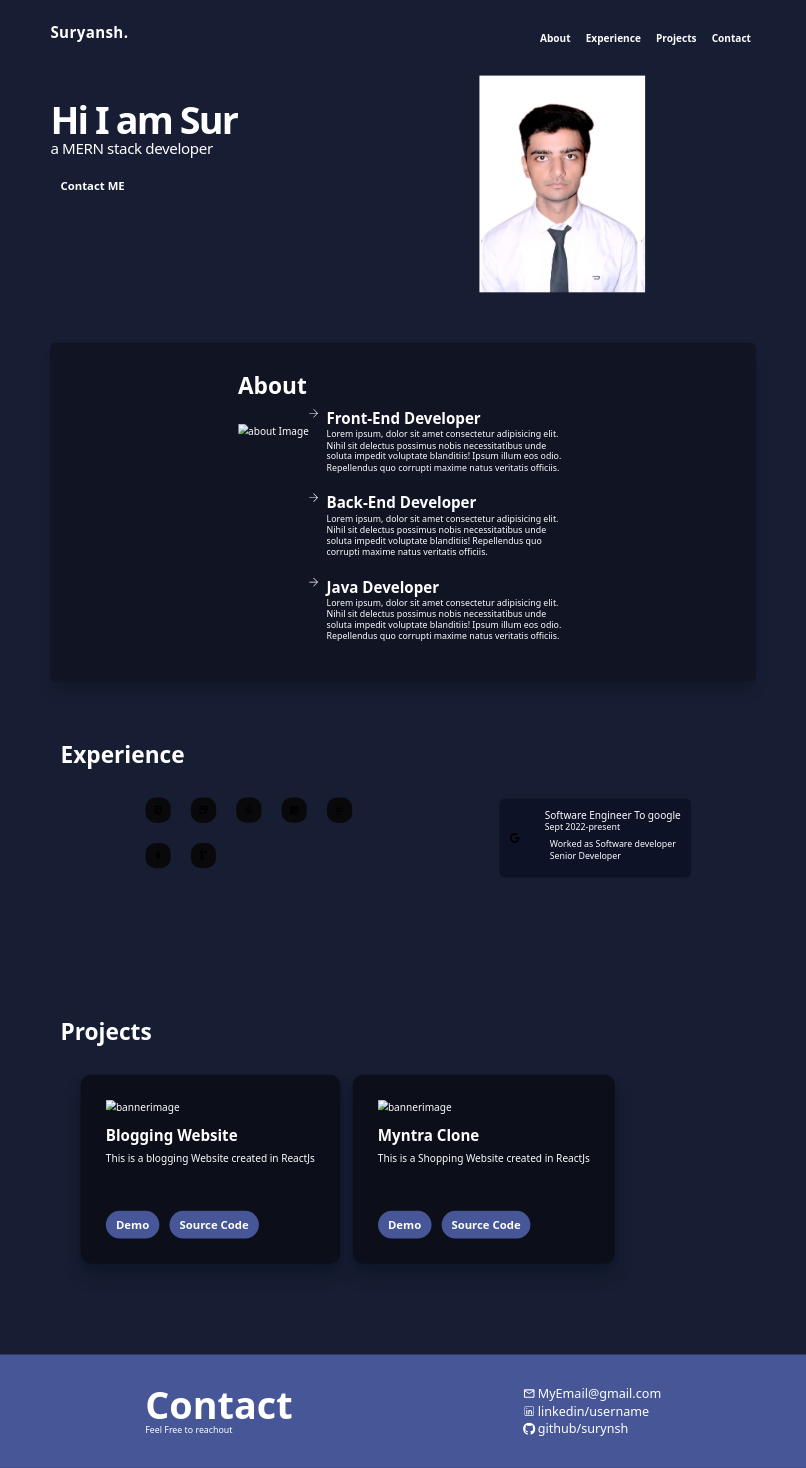
Repository: suryanshsingh99181/portfolio
Page: /
An editor plug-in stored every save of this project. The page is shown before and after the next save, followed by the edit.
The browser window is 1280 px wide. The pictures show the whole page, at 63% of full size.
The project was rebuilt for these pictures with package versions that can differ from the ones it lists, and the page was loaded fresh each time. Also part of the build but not shown: vite.config.js.

Above is the page before, as saved 2024-08-22 01:50:11.

After the next save:
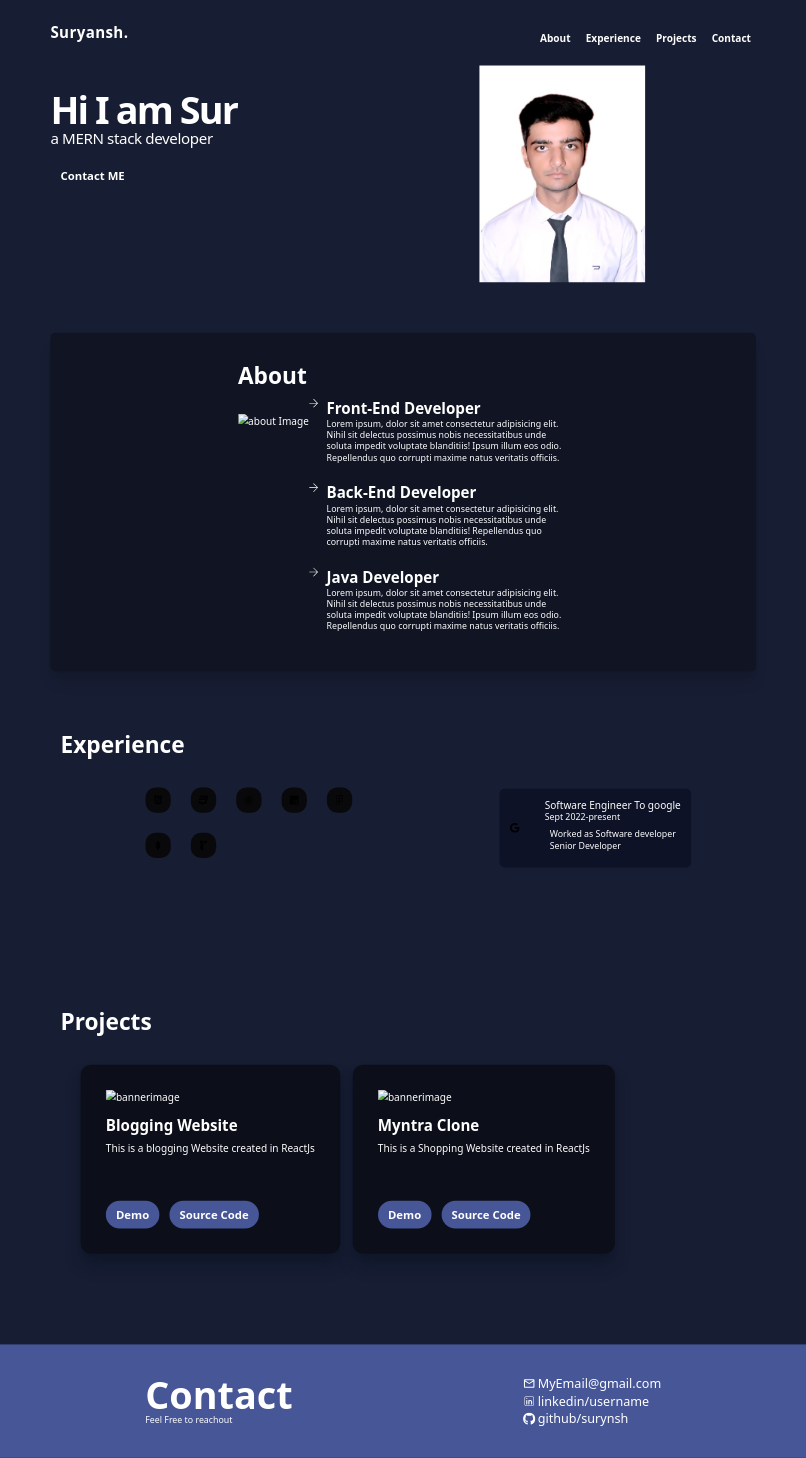
Saved 5 s later.
--- a/src/Components/navbar/Navbar.jsx
+++ b/src/Components/navbar/Navbar.jsx
@@ -5,7 +5,7 @@
   const [showMenu, setShowMenu] = useState(true);
   const [menu, openMenu] = useState(false);
   return (
-    <nav className="flex flex-wrap justify-between md:items-center text-white px-10 pt-6 md:px-20 h-10">
+    <nav className="flex flex-wrap justify-between md:items-center text-white px-10 pt-6 md:px-20 h-1">
       <span className="text-2xl font-bold tracking-wide hover:text-cyan-200">
         Suryansh.
       </span>
